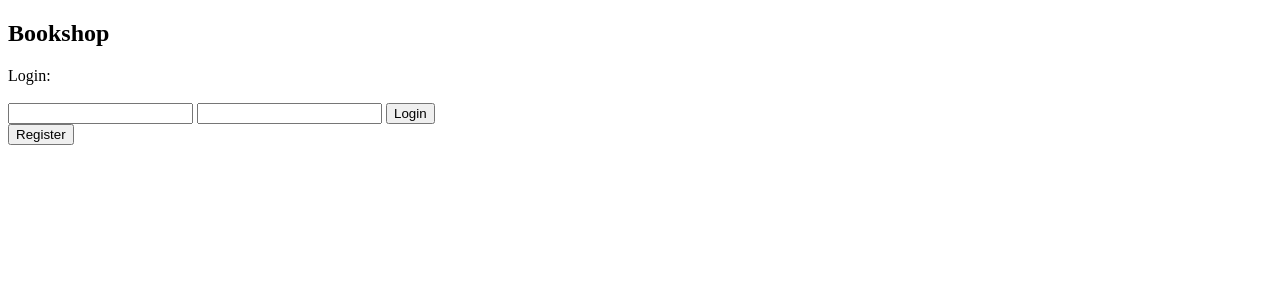
Repository: zlenyk/wrzucak
Page: http://localhost/Shop/index.jsp
These files come from the project's save history. The page is drawn as it stood at one moment and after the next save; the edit follows.
The browser window is 1280 px wide. The pictures show the whole page.
The page is served by Tomcat 9.

Above is the page before, as saved 2013-09-04 15:42:20.

After the next save:
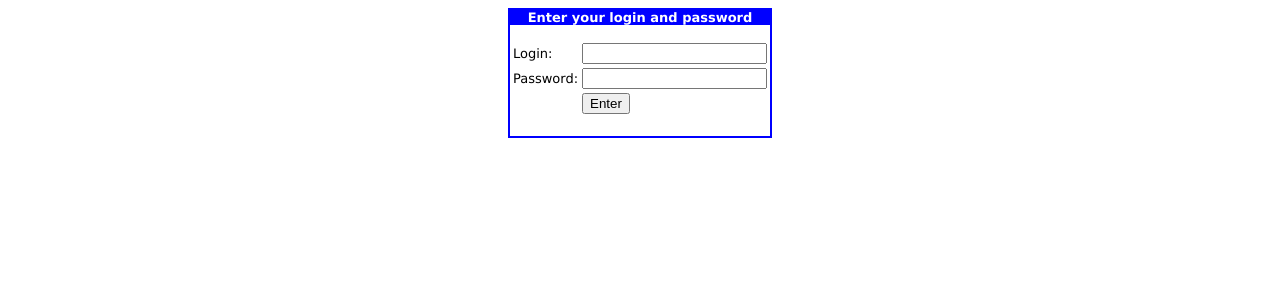
Saved 15 days later.
--- a/Shop/WebContent/index.jsp
+++ b/Shop/WebContent/index.jsp
@@ -6,16 +6,19 @@
   <title>Bookshop</title>
 </head>
 <body>
-  <h2>Bookshop</h2>
-  <form method="POST" action="http://localhost:8080/Shop/Login">
-    Login:<br /><br />
-    <input type="text" name="login" />
-    <input type="text" name="password" />
-    <input type="hidden" name ="action" value = "login" />
-    <input type="submit" value="Login" />
-  </form>
-  <form method="POST" action="http://localhost:8080/Shop/registration.jsp">
-    <input type="submit" value="Register" />
-  </form>
+<font face="verdana,arial" size=-1>
+<center><table cellpadding='2' cellspacing='0' border='0' id='ap_table'>
+<tr><td bgcolor="blue"><table cellpadding='0' cellspacing='0' border='0' width='100%'><tr><td bgcolor="blue" align=center style="padding:2;padding-bottom:4"><b><font size=-1 color="white" face="verdana,arial"><b>Enter your login and password</b></font></th></tr>
+<tr><td bgcolor="white" style="padding:5"><br>
+<form method="post" action="http://localhost:8080/Shop/Login">
+<input type="hidden" name="action" value="login">
+<center><table>
+<tr><td><font face="verdana,arial" size=-1>Login:</font></td><td><input type="text" name="login"></td></tr>
+<tr><td><font face="verdana,arial" size=-1>Password:</font></td><td><input type="password" name="password"></td></tr>
+<tr><td><font face="verdana,arial" size=-1>&nbsp;</font></td><td><font face="verdana,arial" size=-1><input type="submit" value="Enter">
+<tr><td colspan=2><font face="verdana,arial" size=-1>&nbsp;</font></td></tr>
+</table></center>
+</form>
+</td></tr></table></td></tr></table>
 </body>
 </html>
